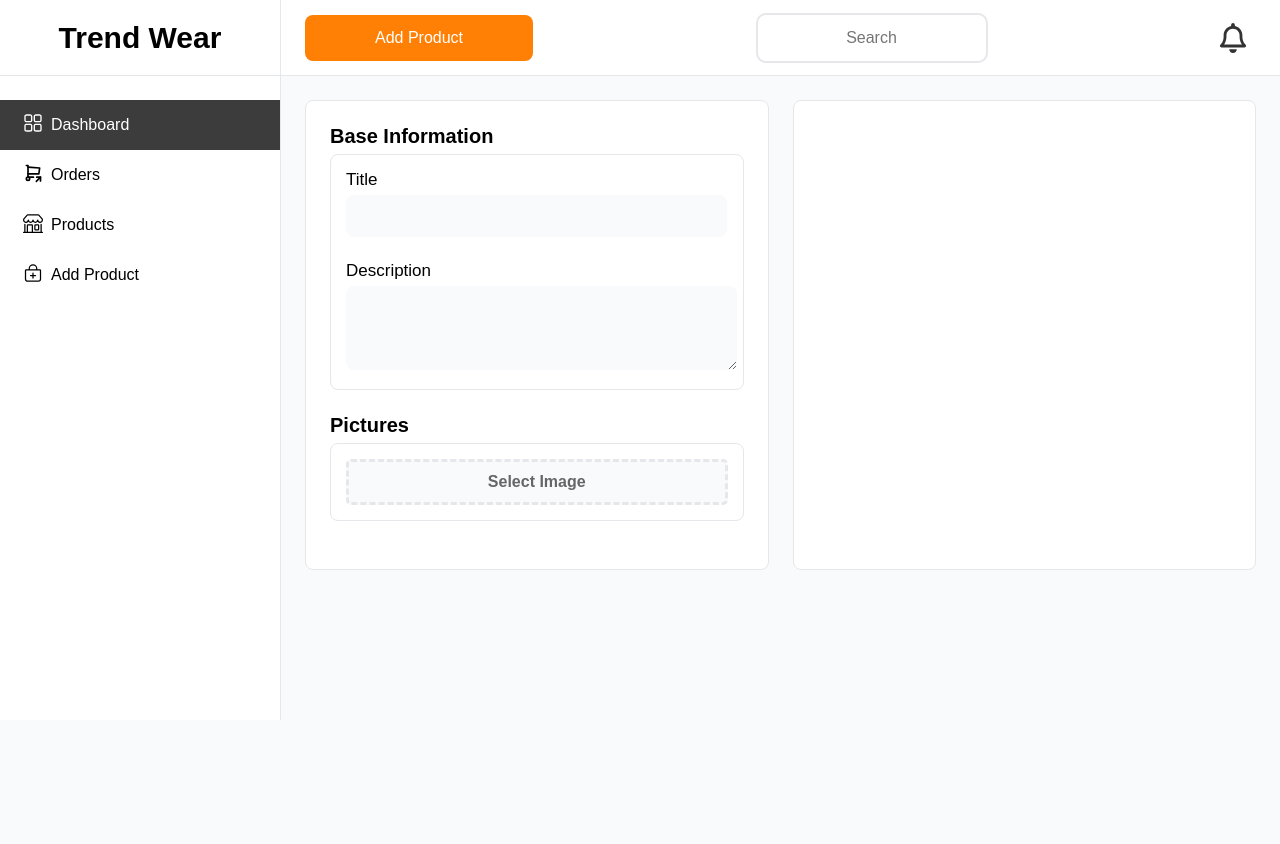
Repository: ahmad-dev7/TrendWear
Page: / (app in trend_wear_dashboard/)
The author's editor kept a copy of each file at every save. The page is drawn from the files as they stood at one save, then again after the next save.
The browser window is 1280 px wide. The pictures show the whole page.
The project was rebuilt for these pictures with package versions that can differ from the ones it lists, and the page was loaded fresh each time. Also part of the build but not shown: trend_wear_dashboard/vite.config.ts.

Above is the page before, as saved 2025-01-20 11:18:07.

### trend_wear_dashboard/index.html
<!doctype html>
<html lang="en">

<head>
  <meta charset="UTF-8" />
  <link rel="icon" type="image/svg+xml" href="/vite.svg" />
  <meta name="viewport" content="width=device-width, initial-scale=1.0" />
  <title>Trend Wear</title>
</head>

<body>
  <div id="root"></div>
  <script type="module" src="/src/main.tsx"></script>
</body>

</html>

### trend_wear_dashboard/src/main.tsx
import { StrictMode } from "react";
import { createRoot } from "react-dom/client";
//import "bootstrap/dist/css/bootstrap.css";
import "./App.css";
import App from "./App.tsx";

createRoot(document.getElementById("root")!).render(
  <StrictMode>
    <App />
  </StrictMode>
);

### trend_wear_dashboard/src/App.css
body {
    background-color: #F9FAFB;
    padding: 0;
    margin: 0;
    border-color: #e5e7eb;
    font-family: Arial, Helvetica, sans-serif;

}

#parent {
    display: flex;
}

### trend_wear_dashboard/src/App.tsx
import { useState } from "react";
import Body from "./Components/Body/Body";
import Navbar from "./Components/Navbar/Navbar";
import Sidebar from "./Components/Sidebar/Sidebar";
import AddProducts from "./Components/AddProduct/AddProduct";
//import Dashboard from "./Components/Dashboard/Dashboard";

function App() {
  const [body, setBody] = useState("Dashboard");

  console.log(body);

  return (
    <div id="parent">
      <Sidebar onSelectTab={setBody} />
      <div style={{ flex: 1 }}>
        <Navbar />
        <Body>
          <AddProducts />
        </Body>
      </div>
    </div>
  );
}

export default App;

### trend_wear_dashboard/src/Components/Body/Body.tsx
// Body.tsx
import "./Body.css";

interface Props {
  children: React.ReactNode;
}

const Body = ({ children }: Props) => {
  return <div id="body-content">{children}</div>;
};

export default Body;

### trend_wear_dashboard/src/Components/Navbar/Navbar.tsx
import "./Navbar.css";
import { FaRegBell } from "react-icons/fa6";

const Navbar = () => {
  return (
    <div>
      <div id="top-navbar">
        <div className="nav-item add-product-button">Add Product</div>
        <input className="nav-item" placeholder="Search" type="text" />
        <FaRegBell className="nav-item icon"></FaRegBell>
      </div>
    </div>
  );
};

export default Navbar;

### trend_wear_dashboard/src/Components/Sidebar/Sidebar.tsx
import "./Sidebar.css";
import { RxDashboard } from "react-icons/rx";
import { TbShoppingCartShare } from "react-icons/tb";
import { BsShop } from "react-icons/bs";
import { IoBagAddOutline } from "react-icons/io5";
import { useState } from "react";

interface Props {
  onSelectTab: (tab: string) => void;
}

interface Tabs {
  icon: JSX.Element;
  label: string;
}

const Sidebar = ({ onSelectTab }: Props) => {
  const tabs: Tabs[] = [
    { label: "Dashboard", icon: <RxDashboard size={20} /> },
    { label: "Orders", icon: <TbShoppingCartShare size={20} /> },
    { label: "Products", icon: <BsShop size={20} /> },
    { label: "Add Product", icon: <IoBagAddOutline size={20} /> },
  ];

  const [active, setTab] = useState("Dashboard");

  return (
    <div id="sidebar">
      <div className="header">Trend Wear</div>
      <ul id="sidebar-content">
        {tabs.map((tab) => (
          <li
            key={tab.label}
            className={"tab " + (tab.label == active && "active")}
            onClick={() => {
              setTab(tab.label);
              onSelectTab(tab.label);
            }}
          >
            <div className="icon">{tab.icon}</div>
            <div className="label">{tab.label}</div>
          </li>
        ))}
      </ul>
    </div>
  );
};

export default Sidebar;

### trend_wear_dashboard/src/Components/AddProduct/AddProduct.tsx
import "./AddProduct.css";
import ProductDetails from "./ProductDetails";
import ProductPreview from "./ProductPreview";
const AddProduct = () => {
  return (
    <div className="parent">
      <div className="child">
        <ProductDetails />
      </div>

      <div className="child ">
        <ProductPreview />
      </div>
    </div>
  );
};

export default AddProduct;

### trend_wear_dashboard/src/Components/Body/Body.css
#body-content {
    display: flex;
    flex-direction: column;
    margin: 24px;
    height: 100vh;
    width: calc(100% - 48px);
    box-sizing: border-box;
}

### trend_wear_dashboard/src/Components/Navbar/Navbar.css
#top-navbar {
    display: flex;
    justify-content: space-between;
    align-items: center;
    /* padding: 0 24px; */
    background-color: white;
    height: 75px;
    width: 100%;
    border-bottom: 1px solid #e5e7eb;
}

.nav-item {
    font-size: 16px;
    color: #333;
    text-align: center;
    width: 200px;
    border-radius: 8px;
    padding: 14px;
    text-decoration: none;
}

.add-product-button {
    color: white;
    margin-left: 24px;
    background-color: #ff8005;
}

#top-navbar input {
    border: none;
    outline: 2px solid #e5e7eb;
    flex-grow: 1;
    max-width: 200px;
}

#top-navbar .icon {
    height: 30px;
    width: 30px;
    margin-right: 24px;
}

### trend_wear_dashboard/src/Components/Sidebar/Sidebar.css
/* Sidebar.css */
#sidebar {
    background-color: white;
    width: 280px;
    height: 100vh;
    border-right: 1px solid #e5e7eb;
}

#sidebar .header {
    display: flex;
    justify-content: center;
    align-items: center;
    height: 75px;
    font-size: 30px;
    font-weight: bold;
    background-color: white;
    text-align: center;
    border-bottom: 1px solid #e5e7eb;
}

#sidebar-content {
    list-style-type: none;
    margin-top: 24px;
    padding: 0;
    cursor: pointer;
}

#sidebar-content .tab {
    height: 50px;
    color: black;
    display: flex;
    align-items: center;
    padding-left: 15px;
}

.icon {
    padding: 8px;
}

#sidebar-content .active {
    background-color: #3c3c3c;
    color: white;
}

#sidebar-content .tab:hover:not(.active) {
    background-color: #e5e7eb;
}

### trend_wear_dashboard/src/Components/AddProduct/AddProduct.css
/* AddProduct.css */
.parent {
    display: flex;
    width: 100%;
    gap: 24px;
    box-sizing: border-box;
}

.child {
    flex: 1;
    text-align: center;
    background-color: white;
    border: 1px solid #e5e7eb;
    border-radius: 8px;
}

### trend_wear_dashboard/src/Components/AddProduct/ProductDetails.tsx
import "./ProductDetails.css";
import Spacer from "../../Constants/Spacer";
import DetailsSectionContainer from "../../Constants/ProductDetailSection/DetailsSectionContainer";
import LabeledInputField from "../../Constants/LabeledInputField/LabeledInputField";
import LabeledTextArea from "../../Constants/LabeledInputField/LabeledTextarea";
import AddImage from "../../Constants/AddImage/AddImage";

const ProductDetails = () => {
  return (
    <>
      <div className="product-detail-container">
        <DetailsSectionContainer heading="Base Information">
          <LabeledInputField>Title</LabeledInputField>
          <Spacer height="24px" />
          <LabeledTextArea>Description</LabeledTextArea>
        </DetailsSectionContainer>
        <Spacer height="24px" />

        <DetailsSectionContainer heading="Pictures">
          <AddImage />
        </DetailsSectionContainer>
        <Spacer height="24px" />
      </div>
    </>
  );
};

export default ProductDetails;

### trend_wear_dashboard/src/Components/AddProduct/ProductPreview.tsx
const ProductPreview = () => {
  return <div> </div>;
};

export default ProductPreview;

### trend_wear_dashboard/src/Components/AddProduct/ProductDetails.css
.product-detail-container {
    margin: 0px;
    padding: 24px;
    text-align: start;
}

/* Parent container to hold the items in a row */
.picture-container-parent {
    display: flex;
    /* Enable flexbox */
    justify-content: space-between;
    /* Optional: space between items, adjust as needed */
    gap: 16px;
    /* Optional: adds space between items */
}

/* Style for each img-container */
.img-container {
    flex: 1;
    /* Adjust width as needed */
    height: 100px;
    /* Adjust height as needed */
    background-color: #e5e7eb;
    /* Optional: background color */
    border-radius: 8px;
    display: flex;
    align-items: center;
    text-align: center;
    justify-content: center;
}

.picture-container-parent .add-more {
    border: dashed 2px #e5e7eb;

}

### trend_wear_dashboard/src/Constants/Spacer.tsx
interface Props {
  height?: string;
  width?: string;
}

const Spacer = ({ height = "0px", width = "0px" }: Props) => {
  return <div style={{ height: height, width: width }}></div>;
};

export default Spacer;

### trend_wear_dashboard/src/Constants/ProductDetailSection/DetailsSectionContainer.tsx
import "./ProductDetailSection.css";

interface Props {
  children: React.ReactNode;
  heading: string;
}

const DetailsSectionContainer = ({ children, heading }: Props) => {
  return (
    <>
      <p id="details-section-container-heading">{heading}</p>
      <div id="details-section-container">{children}</div>
    </>
  );
};

export default DetailsSectionContainer;

### trend_wear_dashboard/src/Constants/LabeledInputField/LabeledInputField.tsx
import "./LabeledInputField.css";
interface Props {
  children: React.ReactNode;
}

const LabeledInputField = ({ children }: Props) => {
  return (
    <>
      <p id="input-field-label">{children}</p>
      <input id="input-field" type="text" />
    </>
  );
};

export default LabeledInputField;

### trend_wear_dashboard/src/Constants/LabeledInputField/LabeledTextarea.tsx
interface Props {
  children: React.ReactNode;
}

const LabeledTextArea = ({ children }: Props) => {
  return (
    <>
      <p id="input-field-label">{children}</p>
      <textarea id="input-field-textarea" />
    </>
  );
};

export default LabeledTextArea;

### trend_wear_dashboard/src/Constants/AddImage/AddImage.tsx
import React, { useState } from "react";

interface ImagePreview {
  id: string;
  url: string;
}

const AddImage: React.FC = () => {
  const [images, setImages] = useState<ImagePreview[]>([]);

  const handleImageChange = (e: React.ChangeEvent<HTMLInputElement>) => {
    const files = e.target.files;
    if (!files) return;

    const newImages: ImagePreview[] = Array.from(files).map((file) => ({
      id: URL.createObjectURL(file), // Temporary unique identifier
      url: URL.createObjectURL(file),
    }));

    setImages((prevImages) => [...prevImages, ...newImages]);
  };

  const handleRemoveImage = (id: string) => {
    setImages((prevImages) => prevImages.filter((image) => image.id !== id));
  };

  return (
    <div className="picture-container-parent" style={styles.parent}>
      {images.map((image) => (
        <div key={image.id} style={styles.previewContainer}>
          <img src={image.url} alt="preview" style={styles.imagePreview} />
          <button
            onClick={() => handleRemoveImage(image.id)}
            style={styles.removeButton}
          >
            ✕
          </button>
        </div>
      ))}
      <div style={styles.inputContainer}>
        <label style={styles.inputLabel}>
          Select Image
          <input
            type="file"
            accept="image/*"
            multiple
            onChange={handleImageChange}
            style={styles.input}
          />
        </label>
      </div>
    </div>
  );
};

const styles = {
  parent: {
    display: "flex",
    flexWrap: "wrap",
    gap: "10px", // Gap between the items
    alignItems: "center",
    justifyContent: "flex-start", // Align items to the start of the row
  },
  inputContainer: {
    width: "100%",
    height: "40px",
    backgroundColor: "#F9FAFB",
    border: "3px dashed #e5e7eb",
    borderRadius: "5px",
    display: "flex",
    justifyContent: "center",
    alignItems: "center",
    cursor: "pointer",
    position: "relative",
  },
  inputLabel: {
    width: "100%",
    height: "100%",
    display: "flex",
    justifyContent: "center",
    alignItems: "center",
    color: "#666",
    fontWeight: "bold",
  },
  input: {
    position: "absolute",
    opacity: 0,
    width: "100%",
    height: "100%",
    cursor: "pointer",
  },
  previewContainer: {
    position: "relative",
    width: "90px",
    height: "50px",
  },
  imagePreview: {
    width: "100%",
    height: "100%",
    objectFit: "cover",
    borderRadius: "5px",
    border: "1px solid #ccc",
  },
  removeButton: {
    position: "absolute",
    top: "-5px",
    right: "-5px",
    background: "#f00",
    color: "#fff",
    border: "none",
    borderRadius: "50%",
    width: "20px",
    height: "20px",
    cursor: "pointer",
    fontSize: "12px",
    display: "flex",
    justifyContent: "center",
    alignItems: "center",
  },
} as const;

export default AddImage;

### trend_wear_dashboard/src/Constants/ProductDetailSection/ProductDetailSection.css
#details-section-container-heading {
    margin: 0px;
    margin-bottom: 6px;
    font-size: 20px;
    font-weight: 700;
}

#details-section-container {
    border: 1px solid #e5e7eb;
    padding: 15px;
    background-color: white;
    border-radius: 8px;
}

### trend_wear_dashboard/src/Constants/LabeledInputField/LabeledInputField.css
#input-field-label {
    margin: 0px;
    font-size: 17px;
    font-weight: 500;
    margin-bottom: 5px;
}

#input-field,
#input-field-textarea {
    border: none;
    outline: none;
    width: calc(100% - 15px);
    height: 40px;
    font-size: 20px;
    border-radius: 8px;
    padding-left: 12px;
    background-color: #F9FAFB;
}

#input-field-textarea {
    height: 60px;
    padding: 12px;
}

After the next save:
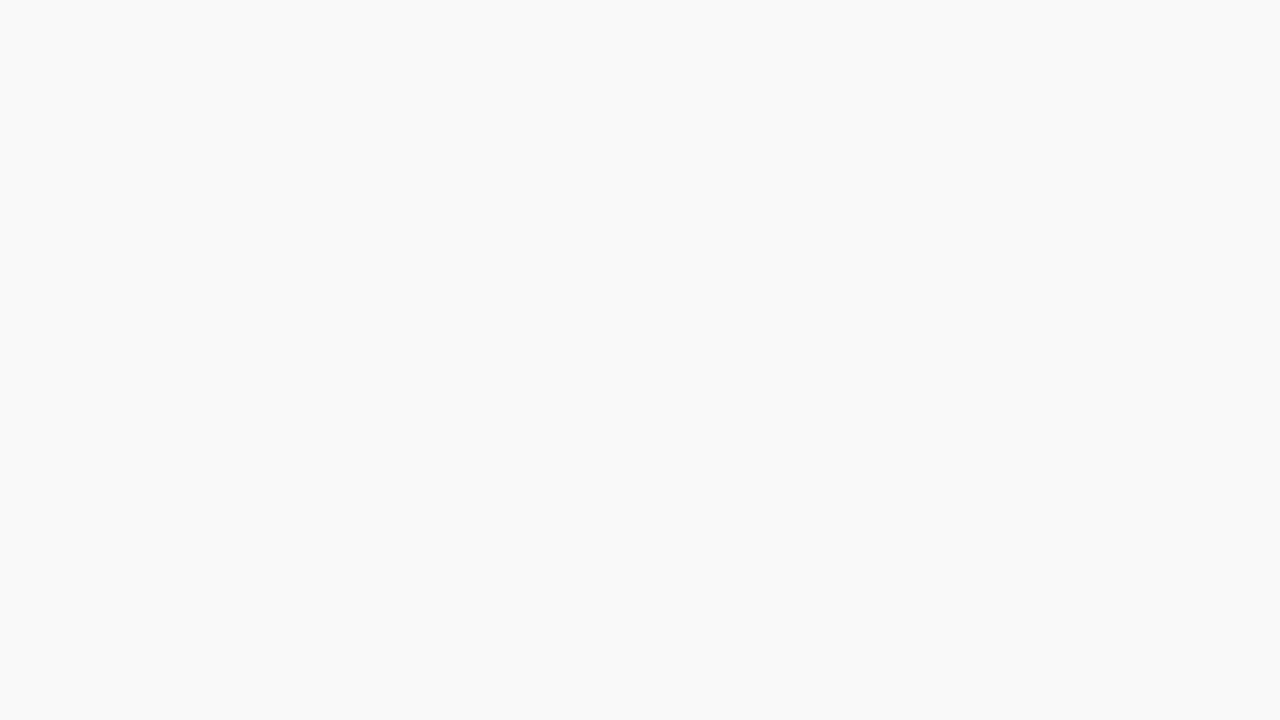
Console error: ReferenceError: DetailsSectionContain is not defined
Saved 28 s later.
--- a/trend_wear_dashboard/src/Components/AddProduct/ProductDetails.tsx
+++ b/trend_wear_dashboard/src/Components/AddProduct/ProductDetails.tsx
@@ -20,6 +20,7 @@
           <AddImage />
         </DetailsSectionContainer>
         <Spacer height="24px" />
+        <DetailsSectionContain heading="Details">loading</DetailsSectionContain>
       </div>
     </>
   );

After the save that followed:
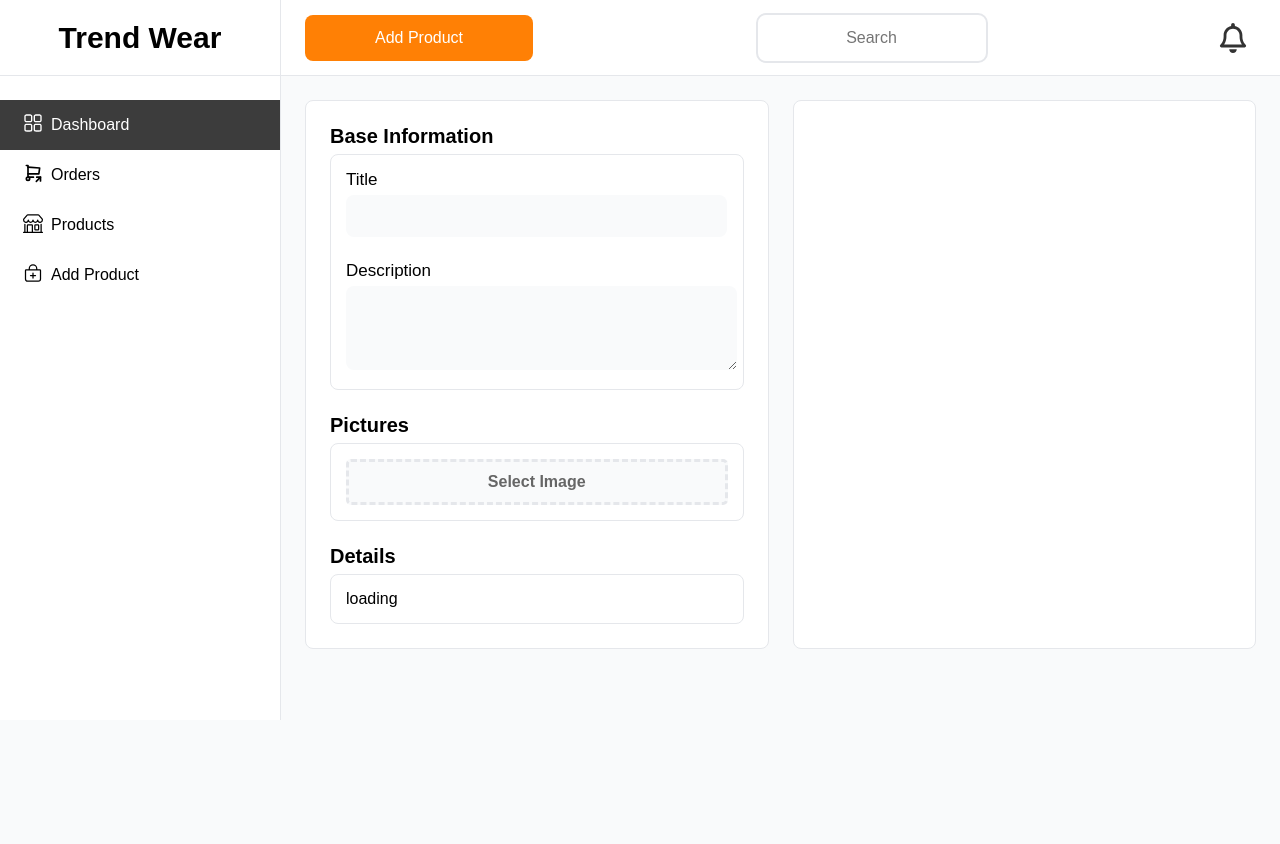
The error is gone.
Saved 12 s later.
--- a/trend_wear_dashboard/src/Components/AddProduct/ProductDetails.tsx
+++ b/trend_wear_dashboard/src/Components/AddProduct/ProductDetails.tsx
@@ -20,7 +20,9 @@
           <AddImage />
         </DetailsSectionContainer>
         <Spacer height="24px" />
-        <DetailsSectionContain heading="Details">loading</DetailsSectionContain>
+        <DetailsSectionContainer heading="Details">
+          loading
+        </DetailsSectionContainer>
       </div>
     </>
   );
